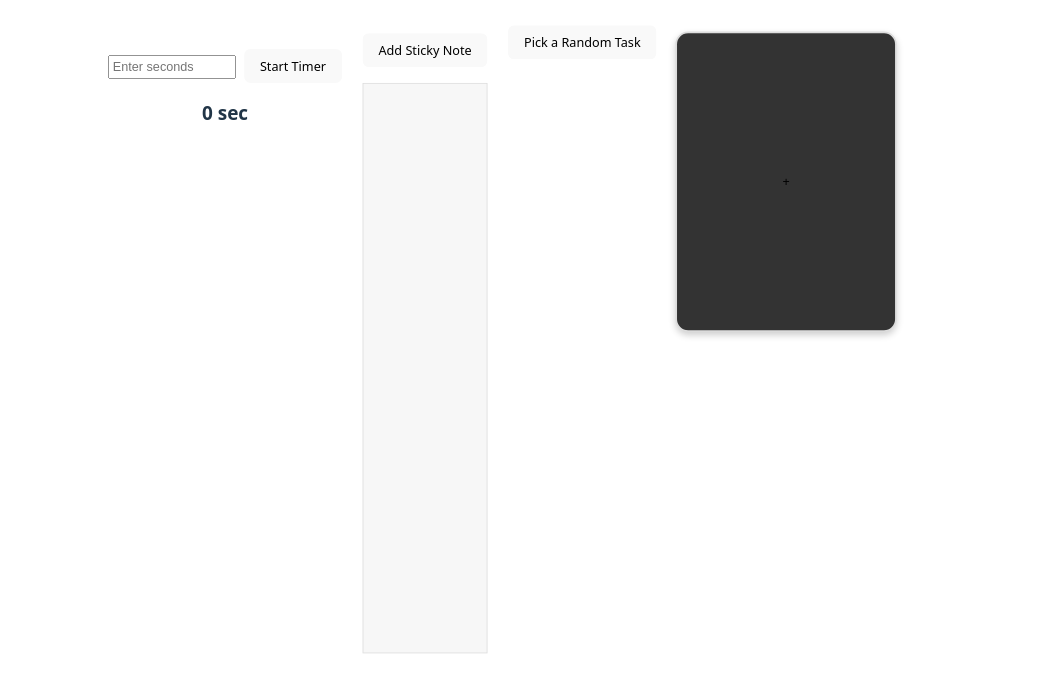
Repository: RamSivaSundaraKarthykeyan/Cards-Task
Page: /
The author's editor kept a copy of each file at every save. The page is drawn from the files as they stood at one save, then again after the next save.
The browser window is 1280 px wide. The page is 1280 px wide, then 1344 px, so the pictures cover 1344 px, including what lies to the right of the window. The pictures show the whole page, at 79% of full size.
The project was rebuilt for these pictures with package versions that can differ from the ones it lists, and the page was loaded fresh each time. Also part of the build but not shown: vite.config.js, src/CSS/checkBox.css, src/components/CheckBox.jsx, src/CSS/TaskCard.css, src/components/TaskCard.jsx.

Above is the page before, as saved 2025-04-16 18:49:27.

After the next save:
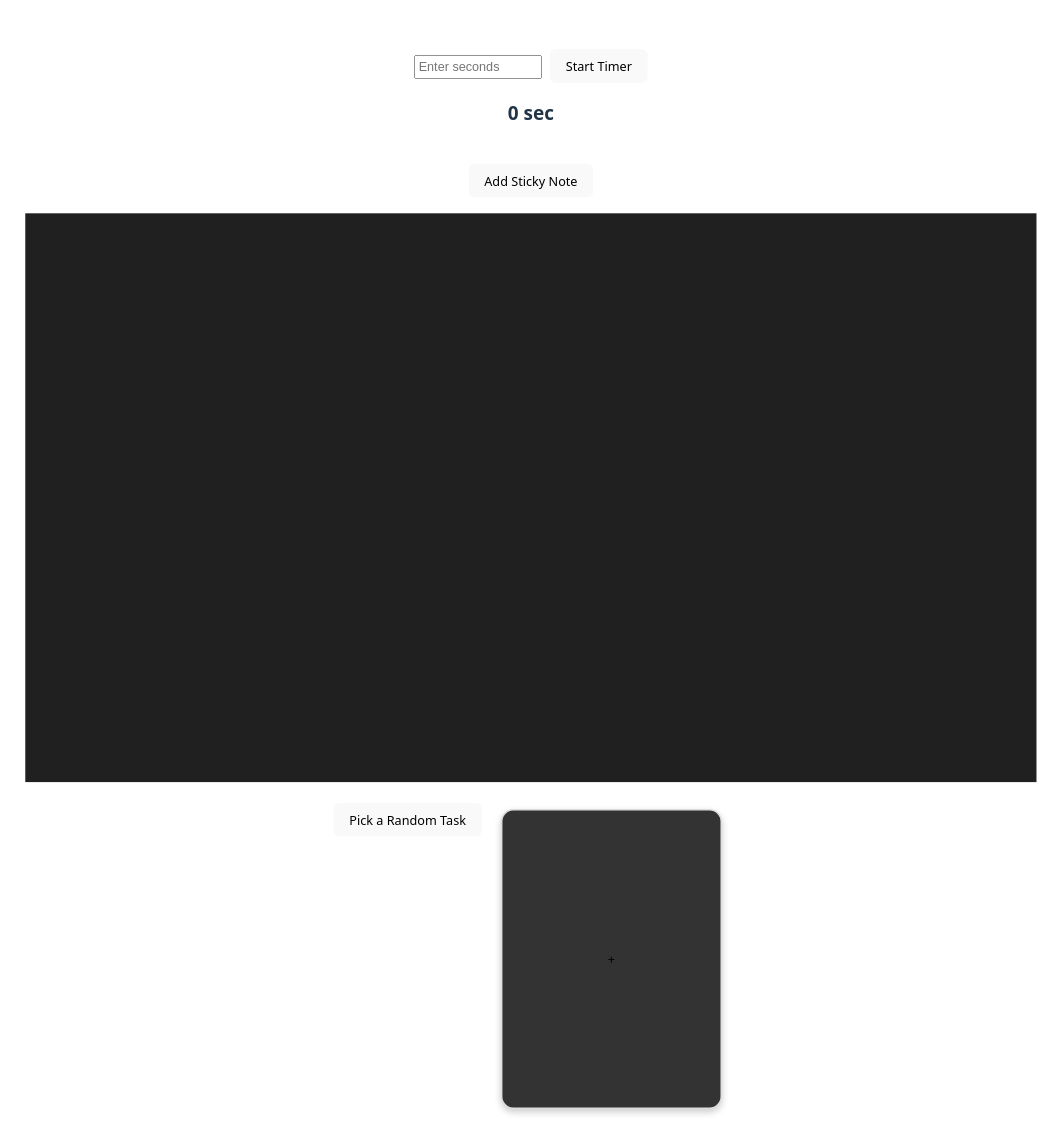
Saved 52 s later.
--- a/src/components/StickyNotes.jsx
+++ b/src/components/StickyNotes.jsx
@@ -68,9 +68,12 @@ function StickyNotes() {
       <div
         style={{
           position: "relative",
+          width: "100vw",
           height: "100vh",
-          border: "1px solid #ddd",
-          background: "#f7f7f7",
+          backgroundColor: "#202020",
+          margin: 0,
+          padding: 0,
+          overflow: "hidden",
         }}
       >
         {notes.map((note) => (
